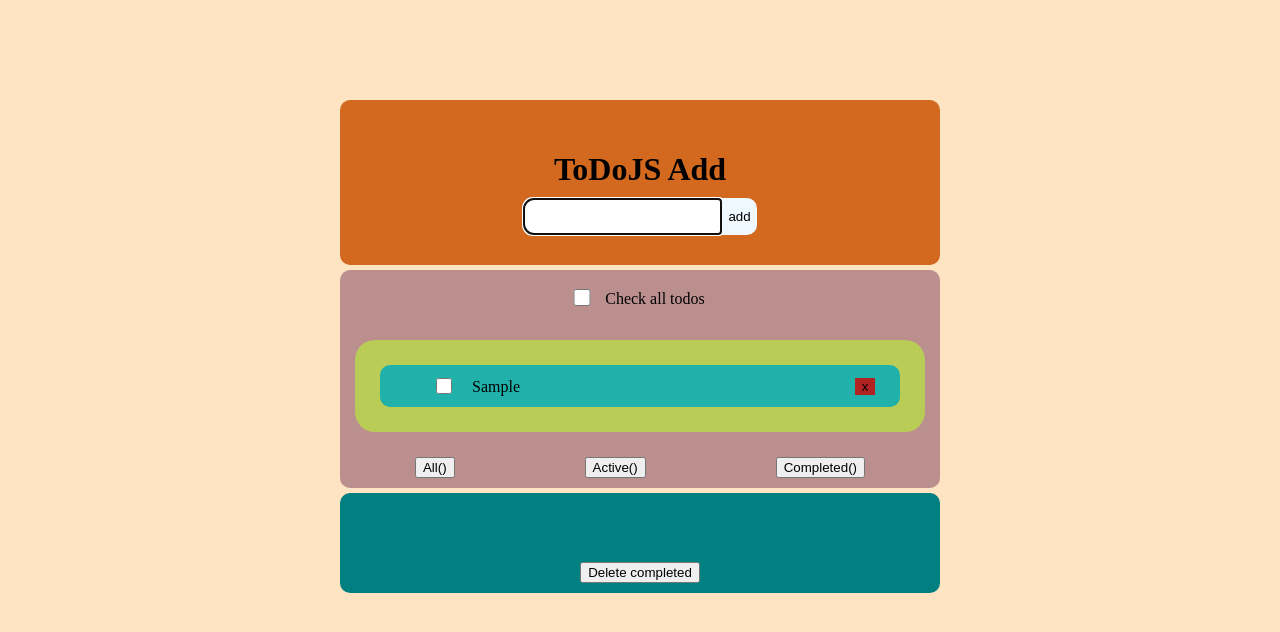
Repository: Savich01/ToDo
Page: index.html
An editor plug-in stored every save of this project. The page is shown before and after the next save, followed by the edit.
The browser window is 1280 px wide. The pictures show the whole page.
Empty fields were first filled with sample values (such as "Sample", 5 or name@example.com).
After loading, the first visible `form.personal` was submitted once.

Above is the page before, as saved 2024-05-13 16:56:08.

### index.html
<!DOCTYPE html>
<html lang="en">
<head>
    <meta charset="UTF-8">
    <meta name="viewport" content="width=device-width, initial-scale=1.0">
    <link rel="stylesheet" href="css/style.css">
    <title>ToDO</title>
</head>
<body>
    <header class="header">
        <div class="header-block">
            <div class="header-block__sub">
                <h1 class="title">ToDoJS Add</h1>
                <form class="personal" action="#">
                    <input class="personal-input" type="text">
                    <button class="personal-btn">add</button>
                </form>
            </div>
        </div>
    </header>

     <main class="main">
        <div class="main-block">
            <ul class="main-block--list">
                    <li class="main-block--list-link">
                        <input class="checkbox-active" type="checkbox">
                        <span class="main-block--text">Check all todos</span>
                    </li>
                </ul>
            <div class="main-container">



            </div>




            <div class="main-button">
                 <button class="main-btn1">All()</button>
                 <button class="main-btn2">Active()</button>
                 <button class="main-btn3">Completed()</button>
            </div>
        </div>
     </main>
     <footer class="footer">
        <div class="footer-block">
            <div class="footer-btn">
                <button class="btn">Delete completed</button>
            </div>
        </div>
     </footer>
        <script src="js/script.js"></script>
</body>
</html>

### css/style.css
ul,li {
    text-decoration: none;
    list-style: none;
}


/*------------HEADER-------------------------------------*/

body {
    max-width: 100%;
    background: #FFE4C4;
}
.header {
    margin-top: 100px;
    margin-bottom: 5px;
}
.header-block {
    max-width: 600px;
    margin: 0 auto;
    background: #D2691E;
    border-radius: 10px;
}
 .header-block__sub {
    display: flex;
    flex-direction: column;
    justify-content: center;
    align-items: center;
    padding: 30px 0px;
 }

 .title {
    margin-bottom: 10px;
 }

 .personal {
    display: flex;
    justify-content: center;
 }

 .personal-input{
    padding: 10px;
    border: 1px solid #000;
    border-radius: 10px 0px 0px 10px;
 }
.personal-btn {
    border: none;
    background-color: aliceblue;
    border-radius: 0px 10px 10px 0px;
    cursor: pointer;
}
/*------------------MAIN-------------------------------------*/

.main-block {
   max-width: 600px;
   margin: 0 auto;
   background: #BC8F8F;
   min-height: 70px;
   border-radius: 10px;
   display:flex;
   flex-direction: column;
   justify-content: space-between;
   margin-bottom: 5px;
}

.main-block--list{
    display: flex;
    align-items: center;
    justify-content: center;
    padding-right: 47px;
}

.main-block--list-link{
    display: flex;
    align-items: center;
}

.main-block--text{
    margin-left: 10px;
}

.checkbox-active{
    width: 20px;
    height: 17px;
}

.main-block--text{
    transform: translateY(1px);
}

.main-button {
    padding: 10px;
    display: flex;
    align-items: flex-end;
    justify-content: space-around

}
.main-container {
    background: rgba(183, 231, 62, 0.699);
    border-radius: 20px;
    margin: 15px;
    /* display: none; */
}

.main-container--list{
    background-color: #20B2AA;
    border-radius: 10px;
    margin: 25px;
    display: flex;
    align-items: center;
    justify-content: space-between;
}

.main-container--list-link {
    padding: 10px;
    display: flex;
    align-items: center;
}
.main-checked{
    width: 20px;
    height: 16px;
    cursor: pointer;
}
.main-text{
    display: inline-block;
    margin-left: 15px;
    transform: translateY(1px);
}
.main--list-btn{
    min-width: 20px;
    max-width: 23px;
    background: #FFFFE0;
    align-items: center;
    margin-right: 25px;
    cursor: pointer;
    border: none;
    background: #B22222;
}
.main-text--done{
    text-decoration: line-through;
    opacity: 0.4;
}

/*------------------FOOTER--------------------------------------------------*/

.footer-block {
    max-width: 600px;
    margin: 0 auto;
    background: #008080;
    height: 100px;
    border-radius: 10px;
    display: flex;
    align-items: flex-end;
    justify-content: space-around;
}
.footer-btn {
    padding: 10px;
}

### js/script.js
"Use strict";

const taskForm = document.querySelector('.personal');
const taskInput = document.querySelector('.personal-input');
const taskBtn = document.querySelector('.personal-btn');
const taskBlock = document.querySelector('.main-container');
const taskInput2 = document.querySelector('.main-checked');
const taskMain = document.querySelector('.main-block');
const mainButton = document.querySelectorAll('.main-button button');
console.log(mainButton);

let tasks = [];

// Функции
function addTask(event) {
    // Отменяем отправку формы
    event.preventDefault();

    //Достаем текст из input
    const taskText = taskInput.value;

    //Ничего не выводим если строка пустая
    if(taskInput.value == '')return;

    //Описываем задачу в виде объекта
    let newTask = {
        id: Date.now(),
        text: taskText,
        checked: false
    };

    //Добавляем задачу в массив
    tasks.push(newTask);

    // console.log(tasks);

    //Добавляем задачу
    const cssClass = newTask.checked ? 'main-text main-text--done' : 'main-text';

    //Формируем разметку задачи
    const taskHTML = `
                <ul id='${newTask.id}' class="main-container--list">
                    <li id='${newTask.id}' class="main-container--list-link">
                        <input class="main-checked" type="checkbox" data-action = "done">
                        <span class="${cssClass}">${newTask.text}</span>
                    </li>
                    <button id='${newTask.id}' class="main--list-btn" data-action = "delete">
                        х
                    </button>
               </ul>
              `;

    //Добавляем задачу на страницу
    taskBlock.insertAdjacentHTML('beforeend', taskHTML);
    // if(taskInput.value === '')return;

    //Очищаем поле ввода и возвращаем на него фокус
    // if(taskInput.value == '')return;
    taskInput.value = '';
    taskInput.focus();
}


function doneTask(event){
    if(event.target.dataset.action == 'done'){
        const parentNode = event.target.closest('.main-container--list-link');

        //Определяем id Задачи
        const id = parentNode.id;

        const task = tasks.find(function(task){
            if(task.id == id) {
                return true;
            }
        });

        task.checked = !task.checked;


        const taskTitle = parentNode.querySelector('.main-text');
        taskTitle.classList.toggle('main-text--done');
    };
};


function deleteTask(event){

    // Проверяем что клик был по кнопке удалить задачу
    if(event.target.dataset.action === 'delete'){
        const parenNode = event.target.closest('.main-container--list');

        // //Определяем id задачи
        const id = Number(parenNode.id);

        //Удаление задачи по индексу
        const index = tasks.findIndex(function(task){
            if(task.id === id){
                return true;
            };
        });

        //Удаляем из массива с задачами
        tasks.splice(index, 1);


        //Удаляем задачу из разметки
        parenNode.remove();
    }


}



// Добавляет задачу
taskForm.addEventListener('submit', addTask);

// Удаляет задачу
taskBlock.addEventListener('click', deleteTask);

//Отмечаем задачу завершенной
taskBlock.addEventListener('click', doneTask);



















































// const form = document.querySelector('.personal');
// const input = document.querySelector('.personal-input');
// const block = document.querySelector('.main-container');
// const addList = document.querySelector('.main-container--list')
// const mainBlock = document.querySelector('.main-block');

// function addTask(){
//     // Отменяем отправку формы
//     event.preventDefault();

//     // Достаем текст задачи из поля ввода

//     const taskText = input.value;


//     //Формируем разметку для новой задачи

//     const taskHTML = `<ul class="main-container--list">
//                     <li class="main-container--list-link">
//                         <input class="main-checked" type="checkbox" data-action = "done">
//                         <span class="main-text">${taskText}</span>
//                     </li>
//                     <button class="main--list-btn" data-action = "delete">
//                         х
//                     </button>
//                </ul>
//                     `


//     // Добавляем задачу на страницу

//     block.insertAdjacentHTML('beforeend', taskHTML)

//     // Отчищаем поле ввода

//     input.value = '';
//     input.focus();

// }



// // Добавление задачи
// form.addEventListener('submit', addTask);

// // // Удаление задачи
// block.addEventListener('click', deleteTask);

// function deleteTask(event){


//     if(event.target.dataset.action === 'delete'){

//         const perentNode = event.target.closest('.main-container--list');
//         perentNode.remove();
//     };
// };

// // Отмечаем задачу завершенной

// block.addEventListener('click', doneTask)

// function doneTask(event) {
//     if(event.target.dataset.action === 'done'){
//         const perentNode = event.target.closest('.main-container--list');
//         const taskTitle = perentNode.querySelector('.main-text');
//         taskTitle.classList.toggle('main-text--done');
//     }
// }

After the next save:
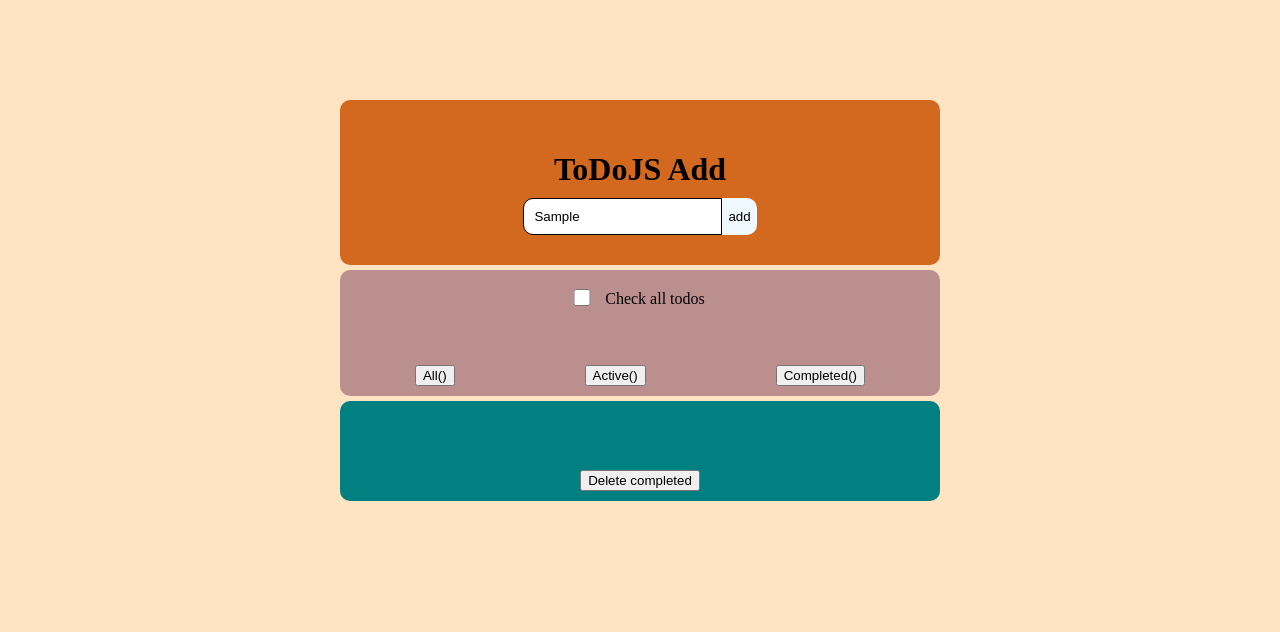
Saved 24 min 11 s later.
--- a/js/script.js
+++ b/js/script.js
@@ -31,13 +31,15 @@
 
     //Добавляем задачу в массив
     tasks.push(newTask);
-
-    // console.log(tasks);
-
-    //Добавляем задачу
+// ----------------------------------------------------------------------------
+
+
+    const render = () => {
+        //Добавляем задачу
     const cssClass = newTask.checked ? 'main-text main-text--done' : 'main-text';
 
     //Формируем разметку задачи
+
     const taskHTML = `
                 <ul id='${newTask.id}' class="main-container--list">
                     <li id='${newTask.id}' class="main-container--list-link">
@@ -58,6 +60,11 @@
     // if(taskInput.value == '')return;
     taskInput.value = '';
     taskInput.focus();
+
+    }
+
+
+
 }
 
 
@@ -109,6 +116,18 @@
 
 
 }
+
+
+//ЗАвершенная задача
+const arrAdd = function(event){
+
+    let arrTask = tasks.filter(function(item){
+        item.checked = true;
+    });
+
+}
+
+
 
 
 

After the 4 saves that followed:
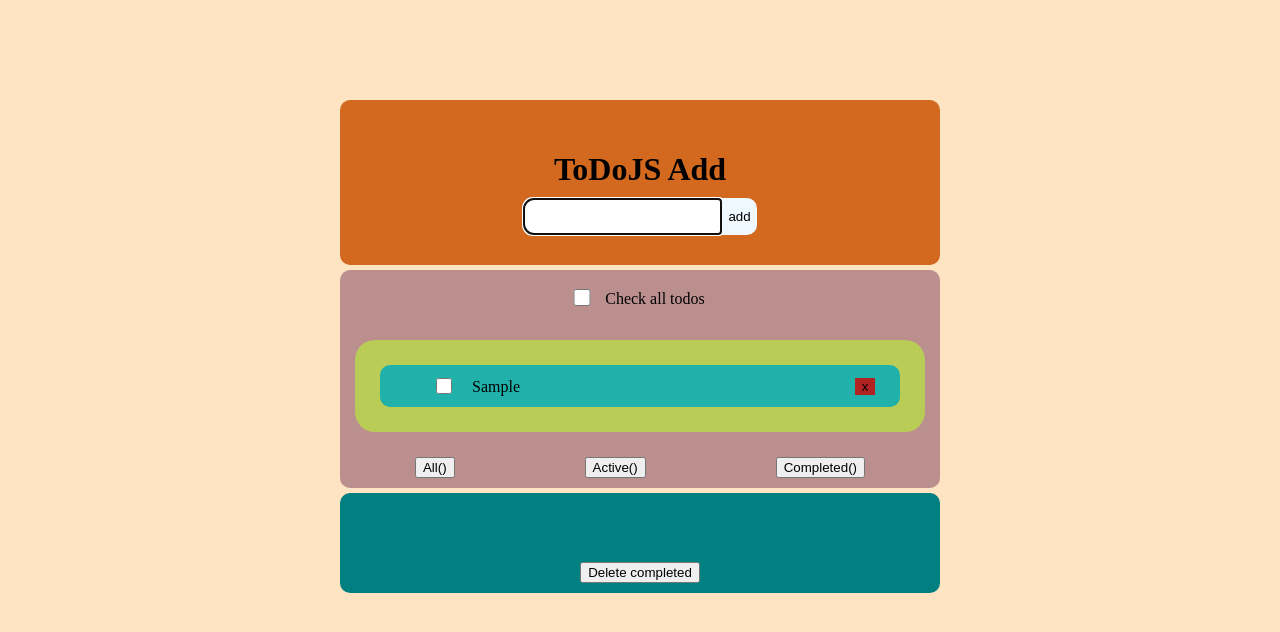
The 4 saves are shown as one change because 3 left the picture as it was.
The last was saved 10 min 37 s later.
--- a/js/script.js
+++ b/js/script.js
@@ -31,22 +31,26 @@
 
     //Добавляем задачу в массив
     tasks.push(newTask);
+    render();
+}
 // ----------------------------------------------------------------------------
 
 
-    const render = () => {
+const render = () => {
+    taskBlock.innerHTML = '';
+    tasks.forEach(function(item){
         //Добавляем задачу
-    const cssClass = newTask.checked ? 'main-text main-text--done' : 'main-text';
+    const cssClass = item.checked ? 'main-text main-text--done' : 'main-text';
 
     //Формируем разметку задачи
 
-    const taskHTML = `
-                <ul id='${newTask.id}' class="main-container--list">
-                    <li id='${newTask.id}' class="main-container--list-link">
+    let taskHTML = `
+                <ul id='${item.id}' class="main-container--list">
+                    <li id='${item.id}' class="main-container--list-link">
                         <input class="main-checked" type="checkbox" data-action = "done">
-                        <span class="${cssClass}">${newTask.text}</span>
+                        <span class="${cssClass}">${item.text}</span>
                     </li>
-                    <button id='${newTask.id}' class="main--list-btn" data-action = "delete">
+                    <button id='${item.id}' class="main--list-btn" data-action = "delete">
                         х
                     </button>
                </ul>
@@ -60,12 +64,12 @@
     // if(taskInput.value == '')return;
     taskInput.value = '';
     taskInput.focus();
-
-    }
-
-
-
-}
+    })
+}
+
+
+
+
 
 
 function doneTask(event){
